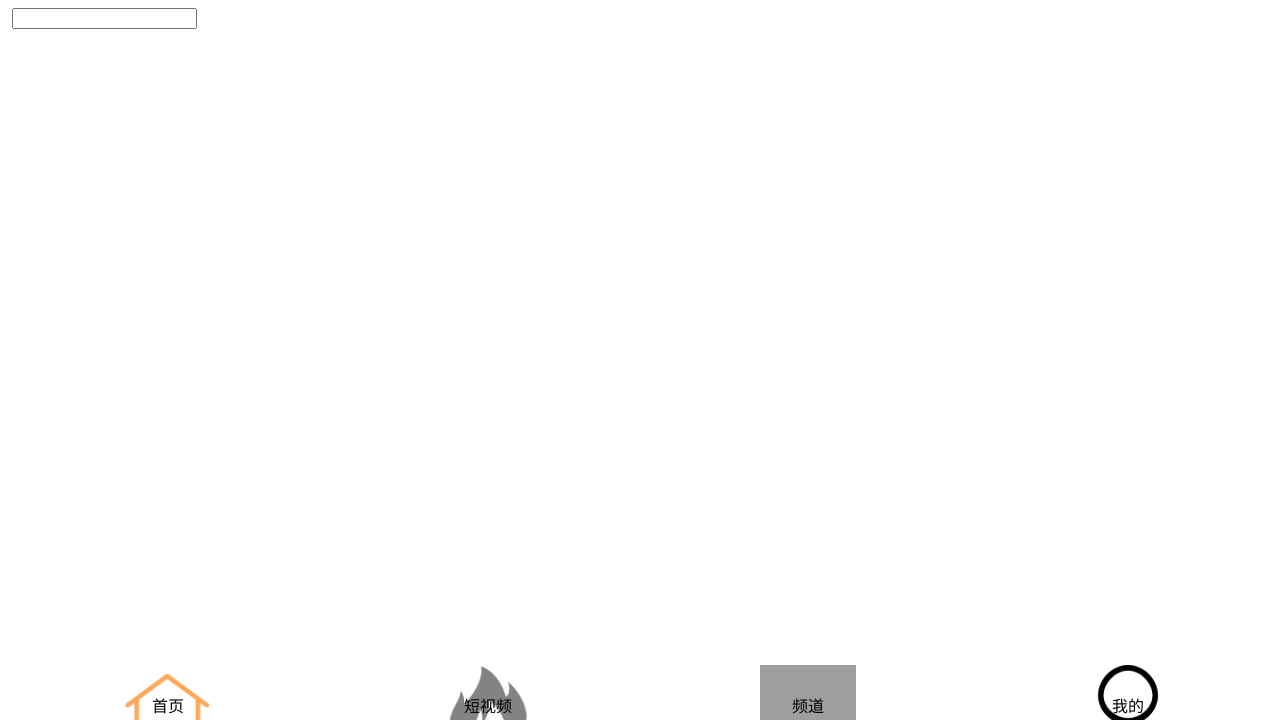
Repository: ITliuxiangyu/H51911Test
Page: video_demo/index.html
These files come from the project's save history. The page is drawn as it stood at one moment and after the next save; the edit follows.
The browser window is 1280 px wide. The page is 1288 px wide, so the pictures cover 1288 px, including what lies to the right of the window. The pictures show the whole page.
Pictures or frames that could not be fetched are drawn as grey boxes.

Above is the page before, as saved 2019-12-20 10:28:53.

### video_demo/index.html
<!DOCTYPE html>
<html lang="en">
<head>
    <meta charset="UTF-8">
    <meta name="viewport" content="width=device-width, initial-scale=1.0">
    <meta http-equiv="X-UA-Compatible" content="ie=edge">
    <title>Document</title>
    <link rel="stylesheet" href="./css/index.css">
</head>
<body>
    <div class="app">
        <div class="app_content">
            <div class="shoueye_wrap">
                <div class="search_warp">
                    <img class="search_img" src="" alt="">
                    <input class="search_input" type="text">
                </div>
                <div class="lunbo_wrap"></div>
                <div class="list_wrap"></div>
            </div>
            <div class="duanshipin_wrap">
                <h1>我是短视频</h1>
            </div>
            <div class="pindao_wrap">
                <h1>我是频道</h1>
            </div>
            <div class="wode_wrap">
                <h1>我是我的</h1>
            </div>
        </div>
        <div class="app_tabbar">
            <div class="tabbar_item">
                <div>
                    <img src="./imgs/shouye_a.png" alt="">
                </div>
                <br />
                <span>首页</span>
            </div>
            <div class="tabbar_item">
                <div>
                    <img src="./imgs/redu.png" alt="">
                </div>
                <br />
                <span>短视频</span>
            </div>
            <div class="tabbar_item">
                <div>
                    <img src="./imgs/pindao.png" alt="">
                </div>
                <br />
                <span>频道</span>
            </div>
            <div class="tabbar_item">
                <div>
                    <img src="./imgs/wode.png" alt="">
                </div>
                <br />
                <span>我的</span>
            </div>
        </div>
    </div>
</body>
<script src="./js/jquery-3.4.1.min.js"></script>
<script src="./js/index.js"></script>
</html>

### video_demo/css/index.css
/* 页面的内容区域部分 */
.app_content{
    width: 100vw;
}
.app_tabbar{
    width: 100vw;
    height: 60px;
    position: fixed;
    bottom: 0px;
    display: flex;
}
/* 底部的四个小块 */
.tabbar_item{
    flex: 1;
    /* border: 1px solid black; */
}
.tabbar_item{
    text-align: center;
    padding-top: 5px;
}
.tabbar_item div{
    height: 10px;
}
.tabbar_item div img{
    width: 30%;
}

/* 四个模块区域 */
.app_content>div{
    width: 100%;
    height: 100%;
    display: none;
}
.app_content>div:nth-child(1){
    display: block;
}

/* 首页的样式 */
/* 首页搜索区域的样式 */
.shouye_wrap .search_warp{

}
.search_warp .search_img{

}
.search_warp .search_input{

}

/* 首页轮播区域的样式 */
.shouye_wrap .lunbo_wrap{

}
/* 首页列表区域的样式 */
.shouye_wrap .list_wrap{

}

### video_demo/js/index.js
// 内容区域的高度
var screen_h = window.screen.height
var screen_w = window.screen.width

$(".app_content").css({
    "height": screen_h - $(".app_tabbar").outerHeight() + "px"
})

// 底部导航上的图片
var one_img = $(".tabbar_item div img")
one_img.css({
    "height": one_img.width() + "px"
})

// 底部到行上的点击事件
$(".tabbar_item").click(function () {

    var that = this

    var dian_index = $(this).index()

    $(".tabbar_item").each(function (index , item)   {
        if (dian_index == index) {
            var cur_src = $(item).find("img").attr("src")
            if (cur_src.indexOf("_a") == -1) {
                $(item).find("img").attr("src" ,cur_src.replace(".png" , "_a.png"))
            }
        } else {
            var cur_src = $(item).find("img").attr("src")
            $(item).find("img").attr("src" ,cur_src.replace("_a" , ""))

        }
    })


    $(".app_content>div").each(function (index , item) {
        if ($(that).index() == index) {
            $(item).css({
                "display": "block"
            })
        } else {
            $(item).css({
                "display": "none"
            })
        }
    })
})

Loaded but not shown: video_demo/js/jquery-3.4.1.min.js (library)

After the next save:
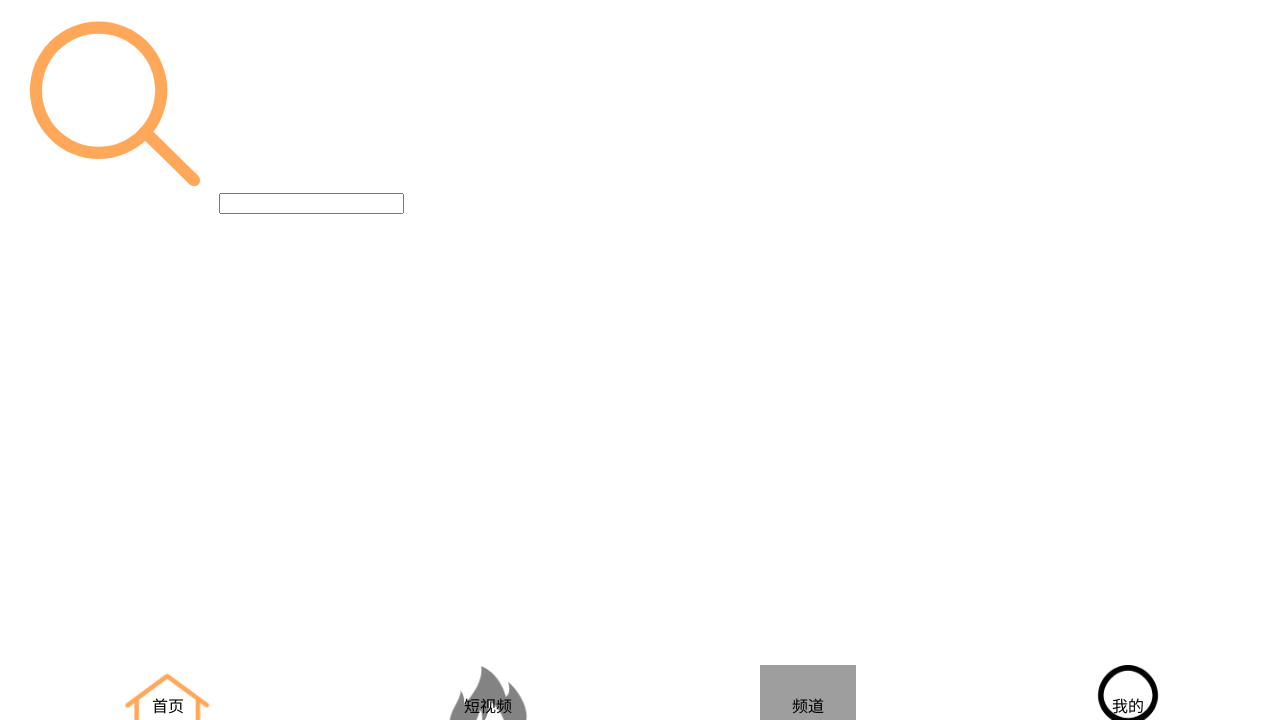
Saved 57 s later.
--- a/video_demo/index.html
+++ b/video_demo/index.html
@@ -12,7 +12,7 @@
         <div class="app_content">
             <div class="shoueye_wrap">
                 <div class="search_warp">
-                    <img class="search_img" src="" alt="">
+                    <img class="search_img" src="./imgs/fangdajing.png" alt="">
                     <input class="search_input" type="text">
                 </div>
                 <div class="lunbo_wrap"></div>
